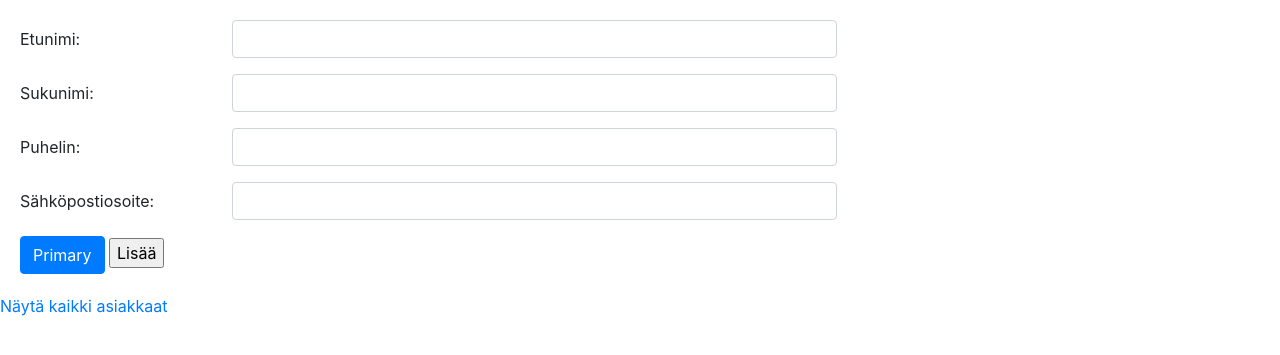
Repository: sarastu5/javaohjelmointi
Page: http://localhost/AsiakkaatWeb/lisaaasiakas.jsp
The author's editor kept a copy of each file at every save. The page is drawn from the files as they stood at one save, then again after the next save.
The browser window is 1280 px wide. The pictures show the whole page.
Some web libraries are served in a nearby version. The page is served by Tomcat 9. The session is filled in as if someone had signed in: {"kayttaja": 1}.

Above is the page before, as saved 2018-05-04 18:49:30.

After the next save:
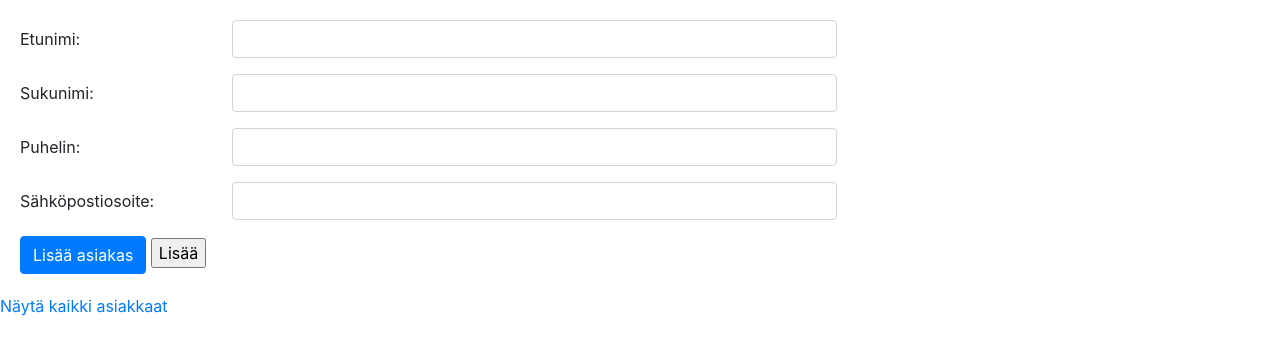
Saved 25 s later.
--- a/Java EE/AsiakkaatWeb/WebContent/lisaaasiakas.jsp
+++ b/Java EE/AsiakkaatWeb/WebContent/lisaaasiakas.jsp
@@ -39,7 +39,7 @@
 		    	</div>
 	  		</div>
 
-	  		<button type="submit" class="btn btn-primary">Primary</button>
+	  		<button type="submit" class="btn btn-primary" value="lisää">Lisää asiakas</button>
 
 	  		<tr>
 				<td colspan="2"><input type="submit" value="Lisää"></td>
